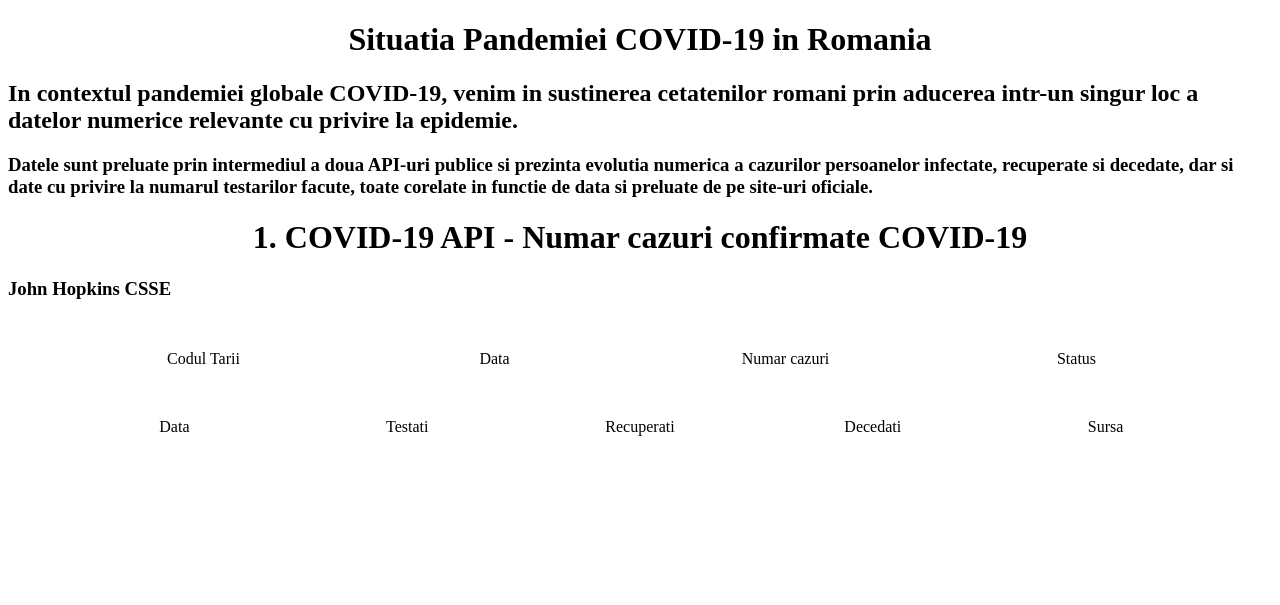
Repository: leonardpirlog/cc_2020_PL
Page: home.html
The author's editor kept a record of every edit. The page is drawn from the files as they stood at one moment, then again after the next edit.
The browser window is 1280 px wide. The pictures show the whole page.
The page's requests for data from a server got no answer.

Above is the page before.

### home.html
<!DOCTYPE html>
<html>
    <head>
       <script src="https://code.jquery.com/jquery-3.5.1.min.js"
       integrity="sha256-9/aliU8dGd2tb6OSsuzixeV4y/faTqgFtohetphbbj0="
       crossorigin="anonymous"></script>

       <script src="home_js.js"></script>
       <link rel="stylesheet" type="text/css" href="styles.css">
       <title>Situatia Pandemiei COVID-19 in Romania</title>
       <meta name="viewport" content="width=device-width, initial-scale=1.0">
    </head>
    <body>
        <div id="titlu" >
            <header>
                <h1 align=center>
                    Situatia Pandemiei COVID-19 in Romania
                </h1>
            </header>
        </div>
        <div>
            <h2 id="parag1">
                In contextul pandemiei globale COVID-19, venim in sustinerea cetatenilor
                romani prin aducerea intr-un singur loc a datelor numerice relevante cu privire la
                epidemie.
            </h2>
            <h3 id="parag2">
                Datele sunt preluate prin intermediul a doua API-uri publice si prezinta
                evolutia numerica a cazurilor persoanelor infectate, recuperate si decedate, dar
                si date cu privire la numarul testarilor facute, toate corelate in functie de data
                si preluate de pe site-uri oficiale.
            </h3>
            <h1 id="subtitlu" align=center><span>
               1. COVID-19 API - Numar cazuri confirmate COVID-19
               </span>
            </h1>
            <h3 id="subcov1">
                John Hopkins CSSE
            </h3>
        </div>
        <div class="api1_data">
            <div id="api1_table" class="api_table">
                <div class="api_header">
                    <div>Codul Tarii</div>
                    <div>Data</div>
                    <div>Numar cazuri</div>
                    <div>Status</div>
                </div>
                <div class="api_body">

                </div>
            </div>
        </div>
        <div class="api2_data">
            <div id="api2_table" class="api_table">
                <div class="api_header">
                    <div>Data</div>
                    <div>Testati</div>
                    <div>Recuperati</div>
                    <div>Decedati</div>
                    <div>Sursa</div>
                </div>
                <div class="api_body">

                </div>
            </div>
        </div>
    </body>
</html>

### home_js.js
// JavaScript File
/*global$*/

document.addEventListener("DOMContentLoaded", function() {
    loadCovid19Data1("https://api.covid19api.com/country/romania/status/confirmed");
    loadCovid19Data2("https://api.apify.com/v2/datasets/n1XtXTelVG5dJhDhy/items?format=json&clean=1");
});

function loadCovid19Data1(url) {
    function manipulateDom(response) {
        for(const row of response) {
            insertTrToApi1Table(row);
        }
    }

    getDataFromRequest(url, manipulateDom);
}

function loadCovid19Data2(url) {
    function manipulateDom(response) {
        for(const row of response) {
            insertTrToApi2Table(row);
        }
    }

    getDataFromRequest(url, manipulateDom);
}

function getDataFromRequest(url, callback) {
    var xhttp = new XMLHttpRequest();
    xhttp.onreadystatechange = function() {
        if (this.readyState == 4 && this.status == 200) {
            callback(JSON.parse(xhttp.response));
        }
    };
    xhttp.open("GET", url, true);
    xhttp.send();
}

function insertTrToApi1Table(rowData) {
    const tbody = document.querySelector('#api1_table .api_body');
    let tr = document.createElement('div');
    tr.classList.add('api_row');
    let parsedDate =  new Date(rowData.Date);
    const ye = new Intl.DateTimeFormat('ro', { year: 'numeric' }).format(parsedDate);
    const mo = new Intl.DateTimeFormat('ro', { month: 'short' }).format(parsedDate);
    const da = new Intl.DateTimeFormat('ro', { day: '2-digit' }).format(parsedDate);
    const formattedDate = da + ' ' + mo + ' ' + ye;

    tr.innerHTML = `
        <div>${rowData.CountryCode}</div>
        <div>${formattedDate}</div>
        <div>${rowData.Cases}</div>
        <div>${rowData.Status}</div>
    `;
    tbody.append(tr);
}
function insertTrToApi2Table(rowData) {
   // console.log(rowData);
    const tbody = document.querySelector('#api2_table .api_body');
    let tr = document.createElement('div');
    tr.classList.add('api_row');
    let parsedDate =  new Date(rowData.lastUpdatedAtSource);
    const ye = new Intl.DateTimeFormat('ro', { year: 'numeric' }).format(parsedDate);
    const mo = new Intl.DateTimeFormat('ro', { month: 'short' }).format(parsedDate);
    const da = new Intl.DateTimeFormat('ro', { day: '2-digit' }).format(parsedDate);
    const formattedDate = da + ' ' + mo + ' ' + ye;

    tr.innerHTML = `
        <div>${formattedDate}</div>
        <div>${rowData.tested}</div>
        <div>${rowData.infected}</div>
        <div>${rowData.deceased}</div>
        <a href="${rowData.sourceUrl}">link</a>
    `;
    tbody.append(tr);
}

### styles.css
.api_header {
    display: flex;
}

.api1_data, .api2_data {
    margin: 50px;
}

.api_header div, .api_row div, .api_row a {
    flex: 1;
    display: flex;
    justify-content: center;
}

.api_body {
    display: flex;
    flex-direction: column;
    max-height: 500px;
    overflow: auto;
}

.api_row {
    display: flex;
    padding: 5px;
}

After the next edit:
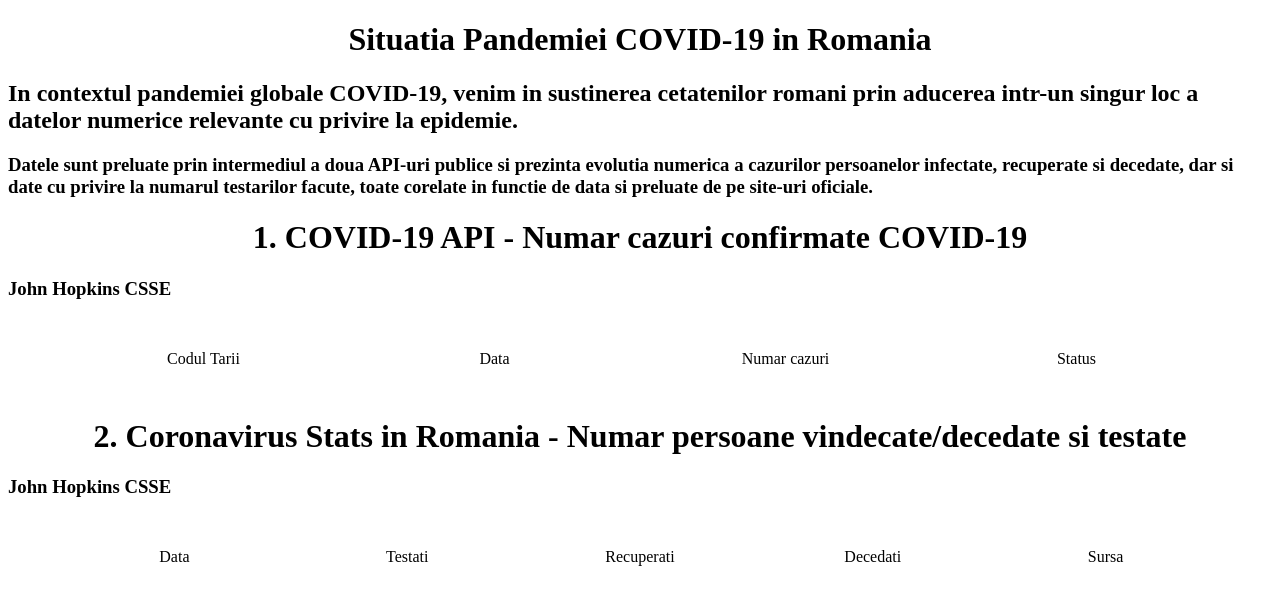
The edit:
--- a/home.html
+++ b/home.html
@@ -51,6 +51,15 @@
                 </div>
             </div>
         </div>
+        <div>
+            <h1 id="subtitlu" align=center><span>
+               2. Coronavirus Stats in Romania - Numar persoane vindecate/decedate si testate
+               </span>
+            </h1>
+            <h3 id="subcov1">
+                John Hopkins CSSE
+            </h3>
+        </div>
         <div class="api2_data">
             <div id="api2_table" class="api_table">
                 <div class="api_header">
